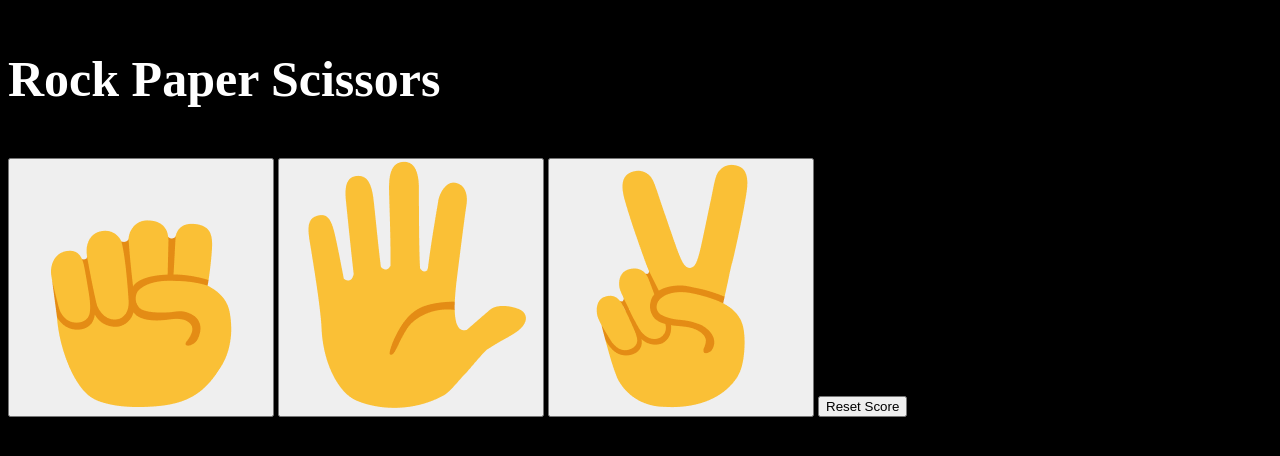
Repository: pgyunknown/Rock_paper_scissors-
Page: index.html
These files come from the project's save history. The page is drawn as it stood at one moment and after a run of saves; the edit follows.
The browser window is 1280 px wide. The pictures show the whole page.

Above is the page before, as saved 2024-08-30 17:01:18.

After the next 3 saves:
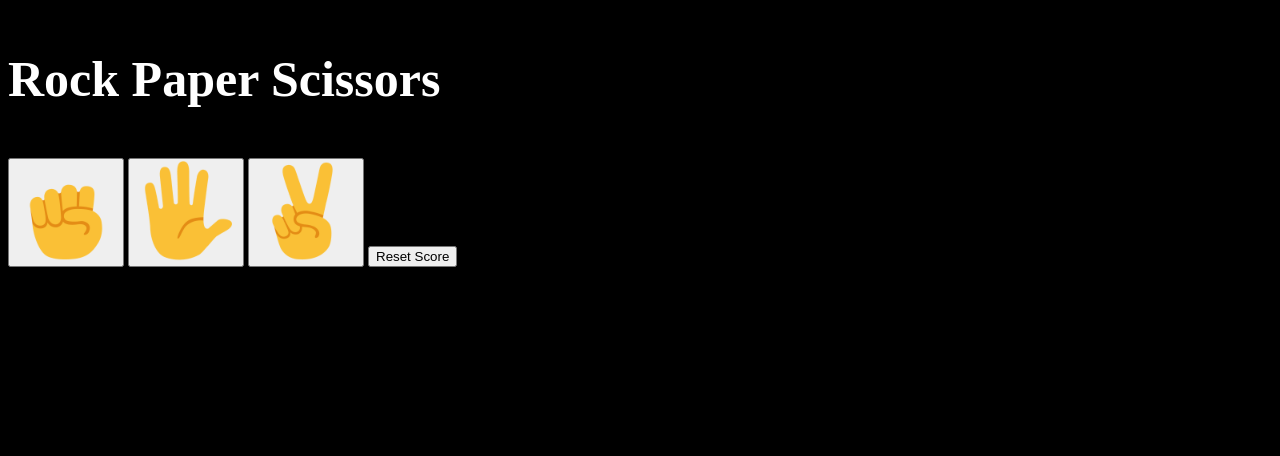
The 3 saves are shown as one change because they came seconds apart.
The last was saved 8 s later.
--- a/index.css
+++ b/index.css
@@ -7,6 +7,7 @@ body{
   font-weight: bold;
 }
 
-button  img{
+button img{
+  height: 100px;
 
 }
